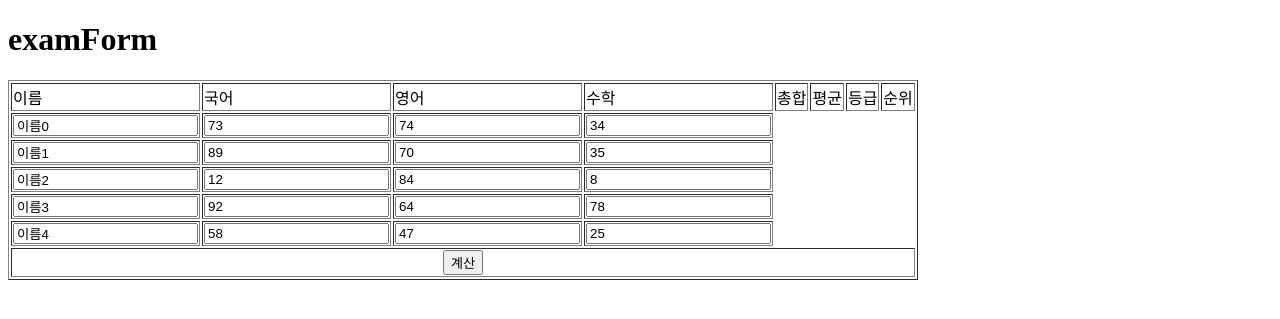
Repository: Jhoon0211/java_work
Page: http://localhost/jspProj/exam/examForm.jsp
An editor plug-in stored every save of this project. The page is shown before and after the next save, followed by the edit.
The browser window is 1280 px wide. The pictures show the whole page.
The page is served by Tomcat 9. Other server files are loaded and not shown.

Above is the page before, as saved 2023-07-31 07:07:21.

### jspProj/src/main/webapp/exam/examForm.jsp
<%@ page language="java" contentType="text/html; charset=UTF-8"
    pageEncoding="UTF-8"%>
<!DOCTYPE html>
<html>
<head>
<meta charset="UTF-8">
<title>Insert title here</title>
</head>
<body>
<h1>examForm</h1>
	<form action="examReg.jsp">
		<table border="">
			<tr>
				<td>이름</td>
				<td>국어</td>
				<td>영어</td>
				<td>수학</td>
				<td>총합</td>
				<td>평균</td>
				<td>등급</td>
				<td>순위</td>
			</tr>
			<% for(int i = 0; i<5; i++){ %>
			<tr>
				<td><input type="text" name="name" value="<%="이름" + i %>"/></td>
				<td><input type="text" name="kor" value="<%=(int)(Math.random()*100)%>"/></td>
				<td><input type="text" name="eng" value="<%=(int)(Math.random()*100) %>"/></td>
				<td><input type="text" name="math" value="<%=(int)(Math.random()*100) %>"/></td>
			</tr>
			<% } %>
			<tr>
				<td colspan="8" align="center">
					<input type="submit" value="계산" />
				</td>
			</tr>
		</table>
	</form>
</body>
</html>

After the next save:
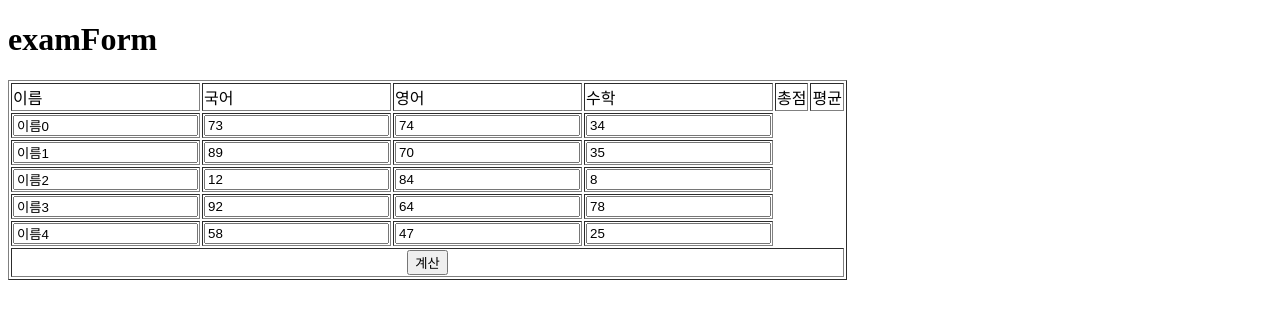
Saved 2 min 19 s later.
--- a/jspProj/src/main/webapp/exam/examForm.jsp
+++ b/jspProj/src/main/webapp/exam/examForm.jsp
@@ -15,10 +15,8 @@
 				<td>국어</td>
 				<td>영어</td>
 				<td>수학</td>
-				<td>총합</td>
+				<td>총점</td>
 				<td>평균</td>
-				<td>등급</td>
-				<td>순위</td>
 			</tr>
 			<% for(int i = 0; i<5; i++){ %>
 			<tr>
